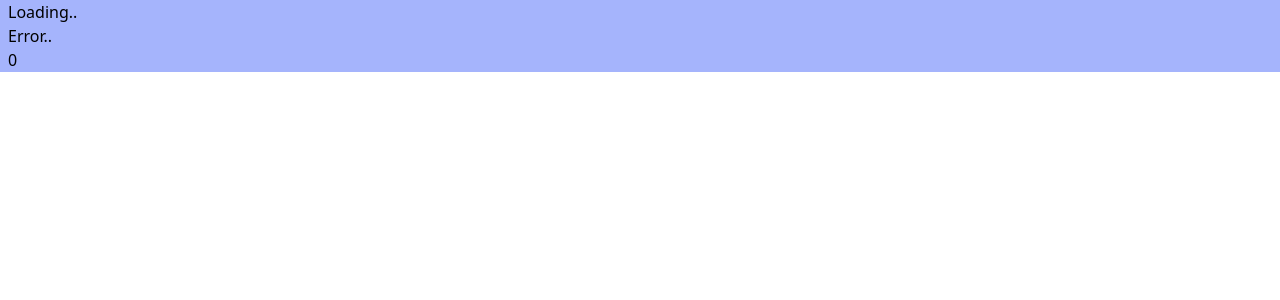
Repository: ShamroOoz/Github-job-api-React-Tailwind
Page: /
The author's editor kept a copy of each file at every save. The page is drawn from the files as they stood at one save, then again after the next save.
The browser window is 1280 px wide. The pictures show the whole page.
The page's requests for data from a server got no answer. The project was rebuilt for these pictures with package versions that can differ from the ones it lists, and the page was loaded fresh each time. No one was signed in, and anything a server would have sent is missing. Also part of the build but not shown: craco.config.js.

Above is the page before, as saved 2021-03-03 13:48:36.

After the next save:
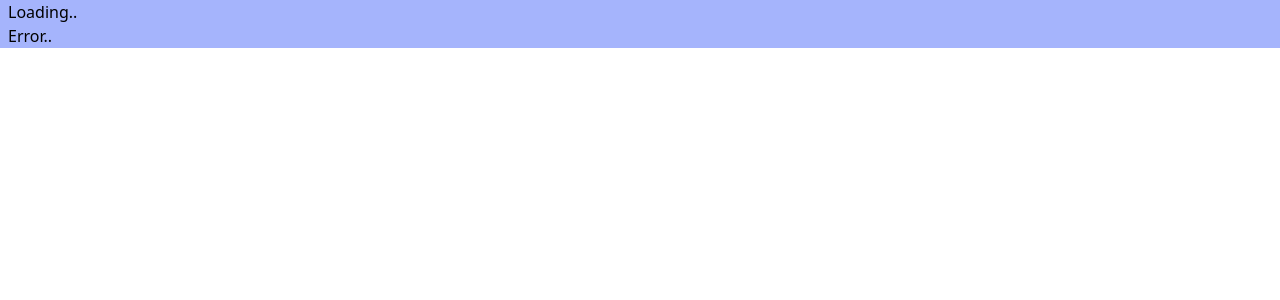
Saved 72 s later.
--- a/src/App.js
+++ b/src/App.js
@@ -6,7 +6,7 @@
     <div className="px-2 bg-indigo-300">
       {loading && <div>Loading..</div>}
       {error && <div>Error..</div>}
-      {jobs && <div>{jobs.length}</div>}
+      {jobs && jobs.map((job) => <dviv key={job.id}>{job.title}</dviv>)}
     </div>
   );
 }
